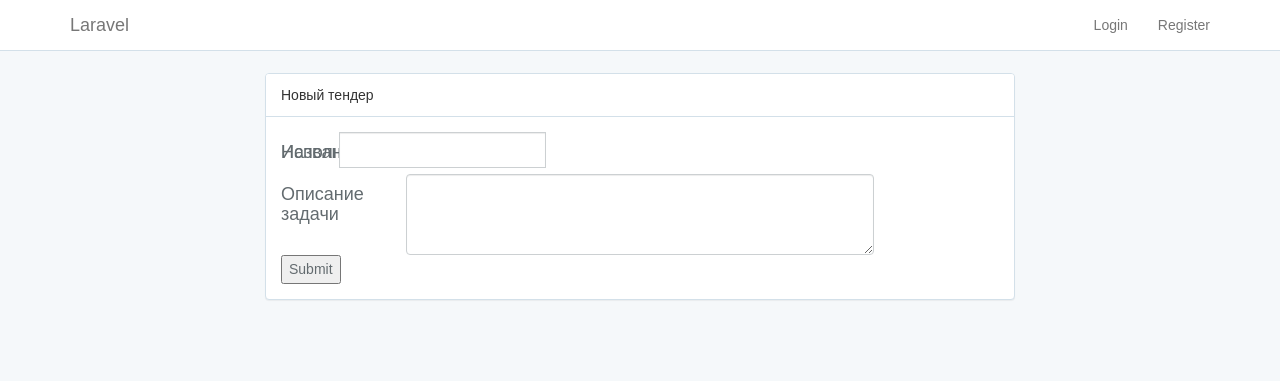
Repository: blackjack043/laravel-crud
Page: http://localhost/page2
The author's editor kept a copy of each file at every save. The page is drawn from the files as they stood at one save, then again after the next save.
The browser window is 1280 px wide. The pictures show the whole page.
Some web fonts or font styles are not loaded; a fallback is used. The page is served by the project's Laravel application, run on PHP 8.4 with Laravel 8. Other server files are loaded and not shown.

Above is the page before, as saved 2022-03-05 23:53:22.

### routes/web.php
<?php

/*
|--------------------------------------------------------------------------
| Web Routes
|--------------------------------------------------------------------------
|
| Here is where you can register web routes for your application. These
| routes are loaded by the RouteServiceProvider within a group which
| contains the "web" middleware group. Now create something great!
|
*/
use Illuminate\Http\Request;
use App\Contact12;


Route::get('/', function () {
    return view('welcome');
});

Route::get('/page2', function () {
    return view('page2');
});



Route::post('/profile', 'ContactController@submit');

Auth::routes();

Route::get('/home', 'HomeController@index');

Auth::routes();

Route::get('/home', 'HomeController@index');

### resources/views/page2.blade.php
@extends('layouts.app')

@section('content')
<div class="container">
    <div class="row">
        <div class="col-md-8 col-md-offset-2">
            <div class="panel panel-default">
                <div class="panel-heading">Новый тендер</div>
                <div class="panel-body">


        @if($errors->any())
            <div style=>
            @foreach ($errors->all() as $error)
            <div >
                {{$error}}
            </div>
            @endforeach
            </div>
         @endif
<form  method="POST" action="/profile">
{{ csrf_field() }}
@csrf
                <div class="row" style="position: absolute;">
  <div class="col-md-2" ><h4>Название</h4></div>
  <div class="col-md-10">
<div class="input-group" >
<input type="text" name="label" class="form-control"  aria-describedby="sizing-addon2">
                </div></div>
</div>

<div class="row">
  <div class="col-md-2"><h4>Исполнитель</h4></div>
  <div class="col-md-10">
    <select name="ispolnitel">
    <option value="cherkesov">Черкесов В.А.</option>
    <option value="matancev">Матанцев Е.Р.</option>
    </select>
</div>
</div>

<div class="row">
  <div class="col-md-2"><h4>Описание задачи</h4></div>
  <div class="col-md-8">
		<textarea name="text" class="form-control" rows="3"></textarea>
</div>



</div>
<input type="submit">
</form>






                </div>
            </div>
        </div>
    </div>
</div>
@endsection

Loaded but not shown: app/Http/Controllers/Auth/LoginController.php (common file); app/Http/Controllers/Controller.php (common file); resources/views/layouts/app.blade.php (common file); public/css/app.css (library); public/js/app.js (library)

After the next save:
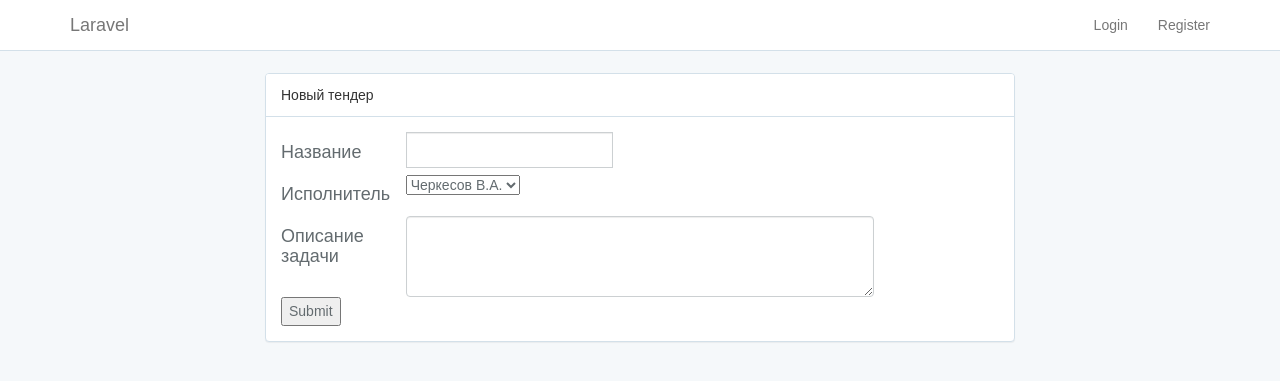
Saved 16 h 12 min later.
--- a/resources/views/page2.blade.php
+++ b/resources/views/page2.blade.php
@@ -21,7 +21,7 @@
 <form  method="POST" action="/profile">
 {{ csrf_field() }}
 @csrf
-                <div class="row" style="position: absolute;">
+                <div class="row" >
   <div class="col-md-2" ><h4>Название</h4></div>
   <div class="col-md-10">
 <div class="input-group" >
